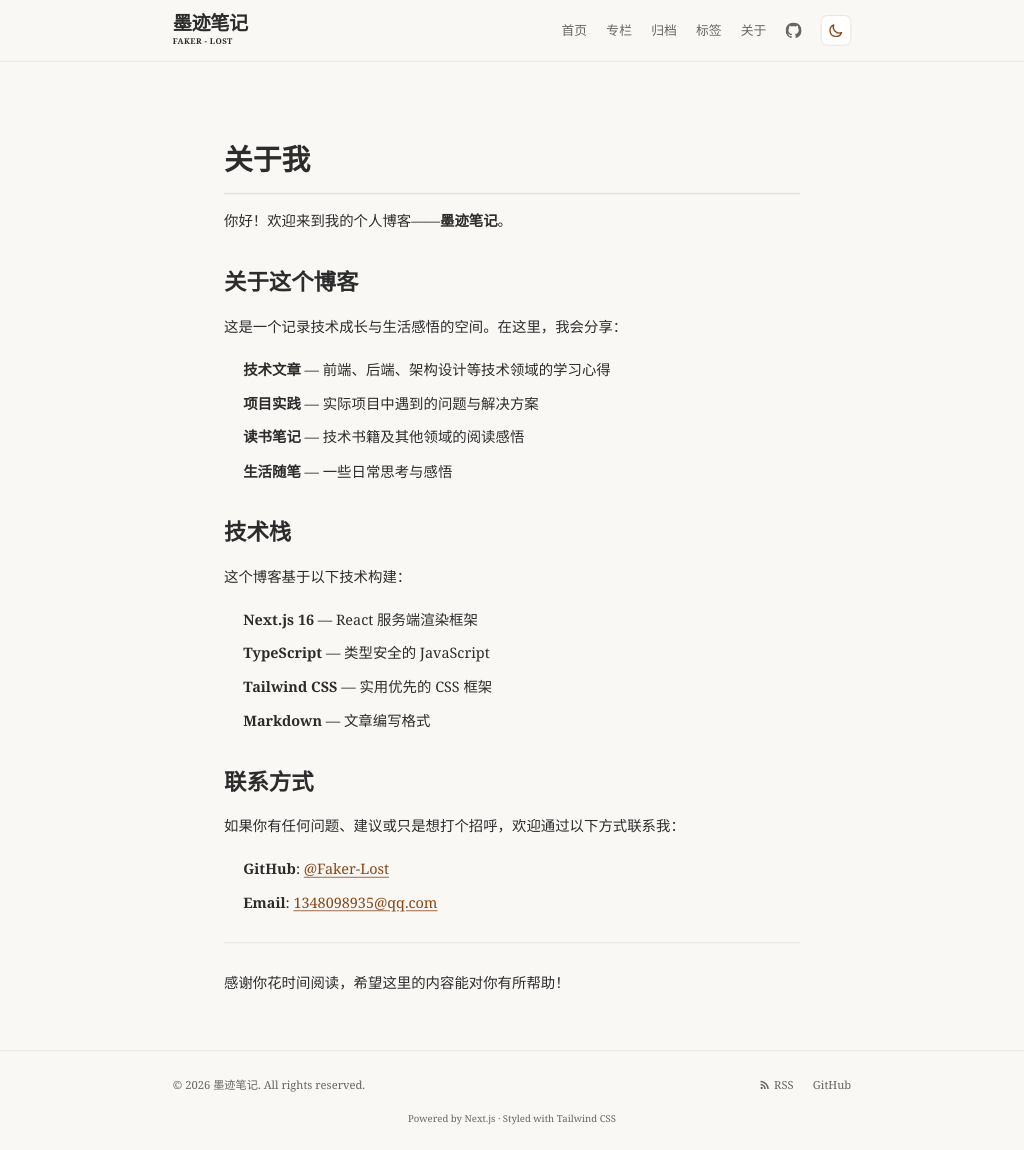
Repository: Faker-Lost/my-blog
Page: /about
The author's editor kept a copy of each file at every save. The page is drawn from the files as they stood at one save, then again after the next save.
The browser window is 1280 px wide. The pictures show the whole page, at 80% of full size.
The project was rebuilt for these pictures with package versions that can differ from the ones it lists, and the page was loaded fresh each time. The framework's server and built-in components were replaced by stand-ins that run in the browser. Also part of the build but not shown: next.config.ts.

Above is the page before, as saved 2026-02-10 14:34:32.

### app/layout.tsx
import type { Metadata } from "next";
import { Noto_Serif_SC } from "next/font/google";
import Header from "@/components/Header";
import Footer from "@/components/Footer";
import { SpeedInsights } from "@vercel/speed-insights/next";
import "./globals.css";

// 使用 Noto Serif SC 作为主字体，传统优雅风格
const notoSerifSC = Noto_Serif_SC({
  weight: ['400', '600', '700'],
  subsets: ['latin'],
  variable: '--font-noto-serif',
  display: 'swap',
});

export const metadata: Metadata = {
  title: {
    default: "Faker :: Lost",
    template: "%s | Faker :: Lost",
  },
  description: "Code is Reality. Reality is Fake. 技术探索与迷失记录。",
  keywords: ["Faker-Lost", "博客", "技术", "C++", "Qt", "OpenCV"],
  authors: [{ name: "Faker-Lost" }],
  openGraph: {
    type: "website",
    locale: "zh_CN",
    siteName: "Faker :: Lost",
  },
  verification: {
    other: {
      "baidu-site-verification": "codeva-wALds0TuPo",
    },
  },
};

export default function RootLayout({
  children,
}: Readonly<{
  children: React.ReactNode;
}>) {
  return (
    <html lang="zh-CN" suppressHydrationWarning>
      <head>
        {/* 防止 FOUC - 提前应用主题 */}
        <script
          dangerouslySetInnerHTML={{
            __html: `
              (function() {
                try {
                  var darkMode = localStorage.getItem('darkMode');
                  if (darkMode === 'true' || (!darkMode && window.matchMedia('(prefers-color-scheme: dark)').matches)) {
                    document.documentElement.classList.add('dark');
                  }
                } catch (e) {}
              })();
            `,
          }}
        />
      </head>
      <body className={`${notoSerifSC.variable} min-h-screen flex flex-col`}>
        <Header />
        <main className="flex-1">
          {children}
        </main>
        <Footer />
        <SpeedInsights />
      </body>
    </html>
  );
}

### app/about/page.tsx
import { Metadata } from 'next';

export const metadata: Metadata = {
  title: '关于',
  description: '了解更多关于我和这个博客的信息',
};

export default function AboutPage() {
  return (
    <div className="max-w-3xl mx-auto px-6 py-12 page-transition">
      <article className="prose">
        <h1>关于我</h1>

        <p>
          你好！欢迎来到我的个人博客——<strong>墨迹笔记</strong>。
        </p>

        <h2>关于这个博客</h2>

        <p>
          这是一个记录技术成长与生活感悟的空间。在这里，我会分享：
        </p>

        <ul>
          <li><strong>技术文章</strong> — 前端、后端、架构设计等技术领域的学习心得</li>
          <li><strong>项目实践</strong> — 实际项目中遇到的问题与解决方案</li>
          <li><strong>读书笔记</strong> — 技术书籍及其他领域的阅读感悟</li>
          <li><strong>生活随笔</strong> — 一些日常思考与感悟</li>
        </ul>

        <h2>技术栈</h2>

        <p>
          这个博客基于以下技术构建：
        </p>

        <ul>
          <li><strong>Next.js 16</strong> — React 服务端渲染框架</li>
          <li><strong>TypeScript</strong> — 类型安全的 JavaScript</li>
          <li><strong>Tailwind CSS</strong> — 实用优先的 CSS 框架</li>
          <li><strong>Markdown</strong> — 文章编写格式</li>
        </ul>

        <h2>联系方式</h2>

        <p>
          如果你有任何问题、建议或只是想打个招呼，欢迎通过以下方式联系我：
        </p>

        <ul>
          <li>
            <strong>GitHub</strong>:{' '}
            <a href="https://github.com/Faker-Lost" target="_blank" rel="noopener noreferrer">
              @Faker-Lost
            </a>
          </li>
          <li>
            <strong>Email</strong>: <a href="mailto:1348098935@qq.com">1348098935@qq.com</a>
          </li>
        </ul>

        <hr />

        <p>
          感谢你花时间阅读，希望这里的内容能对你有所帮助！
        </p>
      </article>
    </div>
  );
}

### components/Header.tsx
import Link from 'next/link';
import ThemeToggle from './ThemeToggle';
import GlitchText from './GlitchText';

export default function Header() {
  return (
    <header className="border-b border-[var(--border)] bg-[var(--background)]">
      <div className="max-w-4xl mx-auto px-6 py-4 flex items-center justify-between">
        {/* Logo / 站点名称 */}
        <Link href="/" className="group flex flex-col items-start gap-0.5">
          <span
            className="text-2xl font-bold tracking-tight text-[var(--foreground)]
                       group-hover:text-[var(--accent)] transition-colors leading-none"
            style={{ fontFamily: "'Noto Serif SC', Georgia, serif" }}
          >
            墨迹笔记
          </span>
          <span className="text-[10px] uppercase tracking-[0.2em] text-[var(--muted)] font-mono">
            <GlitchText text="Faker - Lost" />
          </span>
        </Link>

        {/* 导航 */}
        <nav className="flex items-center gap-5 sm:gap-6">
          <Link
            href="/"
            className="text-[var(--muted)] hover:text-[var(--foreground)] transition-colors"
          >
            首页
          </Link>
          <Link
            href="/series"
            className="text-[var(--muted)] hover:text-[var(--foreground)] transition-colors"
          >
            专栏
          </Link>
          <Link
            href="/archive"
            className="text-[var(--muted)] hover:text-[var(--foreground)] transition-colors"
          >
            归档
          </Link>
          <Link
            href="/tags"
            className="text-[var(--muted)] hover:text-[var(--foreground)] transition-colors"
          >
            标签
          </Link>
          <Link
            href="/about"
            className="text-[var(--muted)] hover:text-[var(--foreground)] transition-colors"
          >
            关于
          </Link>
          <a
            href="https://github.com/Faker-Lost"
            target="_blank"
            rel="noopener noreferrer"
            className="text-[var(--muted)] hover:text-[var(--foreground)] transition-colors"
            aria-label="GitHub"
          >
            <svg className="w-5 h-5" fill="currentColor" viewBox="0 0 24 24">
              <path d="M12 0c-6.626 0-12 5.373-12 12 0 5.302 3.438 9.8 8.207 11.387.599.111.793-.261.793-.577v-2.234c-3.338.726-4.033-1.416-4.033-1.416-.546-1.387-1.333-1.756-1.333-1.756-1.089-.745.083-.729.083-.729 1.205.084 1.839 1.237 1.839 1.237 1.07 1.834 2.807 1.304 3.492.997.107-.775.418-1.305.762-1.604-2.665-.305-5.467-1.334-5.467-5.931 0-1.311.469-2.381 1.236-3.221-.124-.303-.535-1.524.117-3.176 0 0 1.008-.322 3.301 1.23.957-.266 1.983-.399 3.003-.404 1.02.005 2.047.138 3.006.404 2.291-1.552 3.297-1.23 3.297-1.23.653 1.653.242 2.874.118 3.176.77.84 1.235 1.911 1.235 3.221 0 4.609-2.807 5.624-5.479 5.921.43.372.823 1.102.823 2.222v3.293c0 .319.192.694.801.576 4.765-1.589 8.199-6.086 8.199-11.386 0-6.627-5.373-12-12-12z" />
            </svg>
          </a>
          <ThemeToggle />
        </nav>
      </div>
    </header>
  );
}

### components/Footer.tsx
import Link from 'next/link';

export default function Footer() {
  const currentYear = new Date().getFullYear();

  return (
    <footer className="border-t border-[var(--border)] bg-[var(--background)] mt-auto">
      <div className="max-w-4xl mx-auto px-6 py-8">
        <div className="flex flex-col md:flex-row items-center justify-between gap-4">
          {/* 版权信息 */}
          <p className="text-sm text-[var(--muted)]">
            © {currentYear} 墨迹笔记. All rights reserved.
          </p>

          {/* 链接 */}
          <div className="flex items-center gap-6 text-sm">
            <Link
              href="/rss.xml"
              className="text-[var(--muted)] hover:text-[var(--accent)] transition-colors flex items-center gap-1"
            >
              <svg className="w-4 h-4" fill="currentColor" viewBox="0 0 24 24">
                <path d="M6.18 15.64a2.18 2.18 0 0 1 2.18 2.18C8.36 19 7.38 20 6.18 20C5 20 4 19 4 17.82a2.18 2.18 0 0 1 2.18-2.18M4 4.44A15.56 15.56 0 0 1 19.56 20h-2.83A12.73 12.73 0 0 0 4 7.27V4.44m0 5.66a9.9 9.9 0 0 1 9.9 9.9h-2.83A7.07 7.07 0 0 0 4 12.93V10.1z"/>
              </svg>
              RSS
            </Link>
            <a
              href="https://github.com"
              target="_blank"
              rel="noopener noreferrer"
              className="text-[var(--muted)] hover:text-[var(--accent)] transition-colors"
            >
              GitHub
            </a>
          </div>
        </div>

        {/* 技术栈标识 */}
        <p className="text-center text-xs text-[var(--muted)] mt-6">
          Powered by Next.js · Styled with Tailwind CSS
        </p>
      </div>
    </footer>
  );
}

### app/globals.css
@import "tailwindcss";

:root {
  /* 浅色主题 - 传统优雅风格 */
  --background: #faf8f5;
  --foreground: #2c2c2c;
  --accent: #8b4513;
  --accent-light: #a0522d;
  --muted: #666666;
  --border: #e5e0d8;
  --card: #ffffff;
}

@theme inline {
  --color-background: var(--background);
  --color-foreground: var(--foreground);
  --color-accent: var(--accent);
  --color-accent-light: var(--accent-light);
  --color-muted: var(--muted);
  --color-border: var(--border);
  --color-card: var(--card);
  --font-sans: var(--font-geist-sans);
  --font-mono: var(--font-geist-mono);
}

/* 暗黑主题 */
.dark {
  --background: #1a1a1a;
  --foreground: #e5e5e5;
  --accent: #d4a574;
  --accent-light: #e6c9a8;
  --muted: #a0a0a0;
  --border: #333333;
  --card: #242424;
}

body {
  background: var(--background);
  color: var(--foreground);
  font-family: 'Noto Serif SC', 'Georgia', serif;
  line-height: 1.8;
  transition: background-color 0.3s, color 0.3s;
}

/* 文章内容样式 - 书籍质感 */
.prose {
  --tw-prose-body: var(--foreground);
  --tw-prose-headings: var(--foreground);
  --tw-prose-links: var(--accent);
  font-size: 1.125rem;
  line-height: 1.9;
}

.prose h1 {
  font-size: 2.25rem;
  font-weight: 700;
  margin-top: 2.5rem;
  margin-bottom: 1rem;
  border-bottom: 2px solid var(--border);
  padding-bottom: 0.5rem;
}

.prose h2 {
  font-size: 1.75rem;
  font-weight: 600;
  margin-top: 2rem;
  margin-bottom: 0.75rem;
  color: var(--foreground);
}

.prose h3 {
  font-size: 1.375rem;
  font-weight: 600;
  margin-top: 1.5rem;
  margin-bottom: 0.5rem;
}

.prose p {
  margin-bottom: 1.25rem;
  text-align: justify;
}

.prose a {
  color: var(--accent);
  text-decoration: underline;
  text-underline-offset: 3px;
  transition: color 0.2s;
}

.prose a:hover {
  color: var(--accent-light);
}

.prose blockquote {
  border-left: 4px solid var(--accent);
  padding-left: 1.5rem;
  margin: 1.5rem 0;
  font-style: italic;
  color: var(--muted);
  background: var(--card);
  padding: 1rem 1.5rem;
  border-radius: 0 8px 8px 0;
}

.prose ul,
.prose ol {
  margin: 1rem 0;
  padding-left: 1.5rem;
}

.prose li {
  margin-bottom: 0.5rem;
}

.prose hr {
  border: none;
  border-top: 1px solid var(--border);
  margin: 2rem 0;
}

/* 代码高亮 - 经典风格 */
.prose pre {
  background: #282c34;
  color: #abb2bf;
  padding: 1.25rem;
  border-radius: 8px;
  overflow-x: auto;
  font-family: 'JetBrains Mono', 'Fira Code', 'Consolas', monospace;
  font-size: 0.9rem;
  line-height: 1.6;
  margin: 1.5rem 0;
  box-shadow: 0 4px 6px -1px rgba(0, 0, 0, 0.1);
}

.prose code {
  font-family: 'JetBrains Mono', 'Fira Code', 'Consolas', monospace;
  font-size: 0.875em;
}

.prose :not(pre)>code {
  background: var(--card);
  color: var(--accent);
  padding: 0.2em 0.4em;
  border-radius: 4px;
  border: 1px solid var(--border);
}

/* 表格样式 */
.prose table {
  width: 100%;
  border-collapse: collapse;
  margin: 1.5rem 0;
  font-size: 0.95rem;
}

.prose th,
.prose td {
  padding: 0.75rem 1rem;
  border: 1px solid var(--border);
  text-align: left;
}

.prose th {
  background: var(--card);
  font-weight: 600;
}

.prose tr:nth-child(even) {
  background: var(--card);
}

/* 图片样式 */
.prose img {
  max-width: 100%;
  height: auto;
  border-radius: 8px;
  margin: 1.5rem auto;
  box-shadow: 0 4px 12px rgba(0, 0, 0, 0.1);
}

/* 滚动条美化 */
::-webkit-scrollbar {
  width: 8px;
  height: 8px;
}

::-webkit-scrollbar-track {
  background: var(--background);
}

::-webkit-scrollbar-thumb {
  background: var(--border);
  border-radius: 4px;
}

::-webkit-scrollbar-thumb:hover {
  background: var(--muted);
}

/* 选中文本样式 */
::selection {
  background: var(--accent);
  color: white;
}

/* 页面过渡动画 */
.page-transition {
  animation: fadeIn 0.3s ease-out;
}

@keyframes fadeIn {
  from {
    opacity: 0;
    transform: translateY(10px);
  }

  to {
    opacity: 1;
    transform: translateY(0);
  }
}

/* Glitch Effect */
.glitch-wrapper {
  position: relative;
  display: inline-block;
}

.glitch {
  position: relative;
  color: var(--foreground);
  mix-blend-mode: normal;
}

.glitch:before,
.glitch:after {
  content: attr(data-text);
  position: absolute;
  top: 0;
  left: 0;
  width: 100%;
  height: 100%;
  background: var(--background);
  /* Ensure background covers text behind */
}

/* Base state: Low intensity glitch every now and then? Or constant?
   Let's make it trigger on .group hover from parent */
.group:hover .glitch:before {
  color: #0ff;
  z-index: 2;
  /* Move to front */
  opacity: 1;
  animation: glitch-anim-1 0.3s infinite linear alternate-reverse;
}

.group:hover .glitch:after {
  color: #f0f;
  z-index: 1;
  /* Move to front */
  opacity: 1;
  animation: glitch-anim-2 0.3s infinite linear alternate-reverse;
}

/* Also allow self-hover */
.glitch:hover:before {
  color: #0ff;
  z-index: 2;
  opacity: 1;
  animation: glitch-anim-1 0.3s infinite linear alternate-reverse;
}

.glitch:hover:after {
  color: #f0f;
  z-index: 1;
  opacity: 1;
  animation: glitch-anim-2 0.3s infinite linear alternate-reverse;
}

@keyframes glitch-anim-1 {
  0% {
    clip-path: inset(20% 0 80% 0);
    transform: translate(-2px, 1px);
  }

  20% {
    clip-path: inset(60% 0 10% 0);
    transform: translate(2px, -1px);
  }

  40% {
    clip-path: inset(40% 0 50% 0);
    transform: translate(-2px, 2px);
  }

  60% {
    clip-path: inset(80% 0 5% 0);
    transform: translate(2px, -2px);
  }

  80% {
    clip-path: inset(10% 0 70% 0);
    transform: translate(-1px, 1px);
  }

  100% {
    clip-path: inset(30% 0 20% 0);
    transform: translate(1px, -1px);
  }
}

@keyframes glitch-anim-2 {
  0% {
    clip-path: inset(15% 0 60% 0);
    transform: translate(2px, 1px);
  }

  20% {
    clip-path: inset(50% 0 30% 0);
    transform: translate(-2px, -1px);
  }

  40% {
    clip-path: inset(20% 0 70% 0);
    transform: translate(2px, 2px);
  }

  60% {
    clip-path: inset(70% 0 10% 0);
    transform: translate(-2px, -2px);
  }

  80% {
    clip-path: inset(10% 0 40% 0);
    transform: translate(1px, 1px);
  }

  100% {
    clip-path: inset(40% 0 20% 0);
    transform: translate(-1px, -1px);
  }
}

### components/ThemeToggle.tsx
'use client';

import { useEffect, useState } from 'react';

export default function ThemeToggle() {
  const [darkMode, setDarkMode] = useState(false);
  const [mounted, setMounted] = useState(false);

  useEffect(() => {
    setMounted(true);
    // 检查本地存储或系统偏好
    const stored = localStorage.getItem('darkMode');
    if (stored !== null) {
      setDarkMode(stored === 'true');
    } else {
      setDarkMode(window.matchMedia('(prefers-color-scheme: dark)').matches);
    }
  }, []);

  useEffect(() => {
    if (mounted) {
      if (darkMode) {
        document.documentElement.classList.add('dark');
      } else {
        document.documentElement.classList.remove('dark');
      }
      localStorage.setItem('darkMode', String(darkMode));
    }
  }, [darkMode, mounted]);

  // 防止 hydration 不匹配
  if (!mounted) {
    return (
      <button
        className="p-2 rounded-lg bg-[var(--card)] border border-[var(--border)]"
        aria-label="切换主题"
      >
        <span className="w-5 h-5 block" />
      </button>
    );
  }

  return (
    <button
      onClick={() => setDarkMode(!darkMode)}
      className="p-2 rounded-lg bg-[var(--card)] border border-[var(--border)]
                 hover:border-[var(--accent)] transition-colors"
      aria-label={darkMode ? '切换到浅色模式' : '切换到暗黑模式'}
    >
      {darkMode ? (
        // 太阳图标
        <svg
          className="w-5 h-5 text-[var(--accent)]"
          fill="none"
          stroke="currentColor"
          viewBox="0 0 24 24"
        >
          <path
            strokeLinecap="round"
            strokeLinejoin="round"
            strokeWidth={2}
            d="M12 3v1m0 16v1m9-9h-1M4 12H3m15.364 6.364l-.707-.707M6.343 6.343l-.707-.707m12.728 0l-.707.707M6.343 17.657l-.707.707M16 12a4 4 0 11-8 0 4 4 0 018 0z"
          />
        </svg>
      ) : (
        // 月亮图标
        <svg
          className="w-5 h-5 text-[var(--accent)]"
          fill="none"
          stroke="currentColor"
          viewBox="0 0 24 24"
        >
          <path
            strokeLinecap="round"
            strokeLinejoin="round"
            strokeWidth={2}
            d="M20.354 15.354A9 9 0 018.646 3.646 9.003 9.003 0 0012 21a9.003 9.003 0 008.354-5.646z"
          />
        </svg>
      )}
    </button>
  );
}

### components/GlitchText.tsx
import React from 'react';

interface GlitchTextProps {
  text: string;
  className?: string; // Allow additional styling
}

export default function GlitchText({ text, className = '' }: GlitchTextProps) {
  return (
    <div className={`glitch-wrapper ${className}`}>
      <div
        className="glitch relative font-bold tracking-wider"
        data-text={text}
      >
        {text}
      </div>
    </div>
  );
}

After the next save:
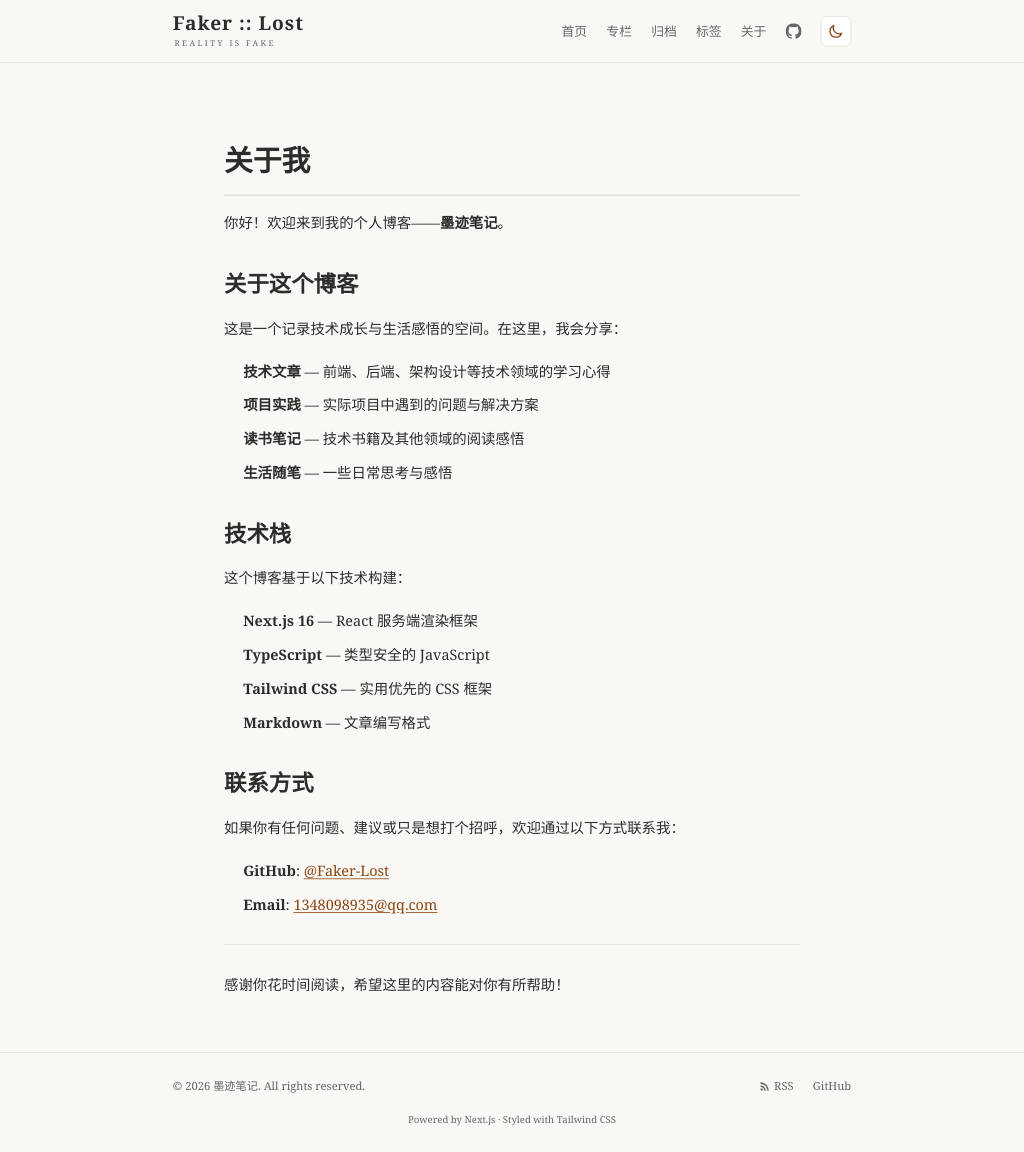
Saved 17 s later.
--- a/components/Header.tsx
+++ b/components/Header.tsx
@@ -7,16 +7,15 @@ export default function Header() {
     <header className="border-b border-[var(--border)] bg-[var(--background)]">
       <div className="max-w-4xl mx-auto px-6 py-4 flex items-center justify-between">
         {/* Logo / 站点名称 */}
-        <Link href="/" className="group flex flex-col items-start gap-0.5">
+        <Link href="/" className="group flex flex-col items-start gap-1">
           <span
-            className="text-2xl font-bold tracking-tight text-[var(--foreground)]
-                       group-hover:text-[var(--accent)] transition-colors leading-none"
-            style={{ fontFamily: "'Noto Serif SC', Georgia, serif" }}
+            className="text-2xl font-bold tracking-tighter text-[var(--foreground)]
+                       group-hover:text-[var(--accent)] transition-colors leading-none font-mono"
           >
-            墨迹笔记
+            <GlitchText text="Faker :: Lost" />
           </span>
-          <span className="text-[10px] uppercase tracking-[0.2em] text-[var(--muted)] font-mono">
-            <GlitchText text="Faker - Lost" />
+          <span className="text-[10px] uppercase tracking-[0.3em] text-[var(--muted)] pl-0.5">
+            REALITY IS FAKE
           </span>
         </Link>
 
